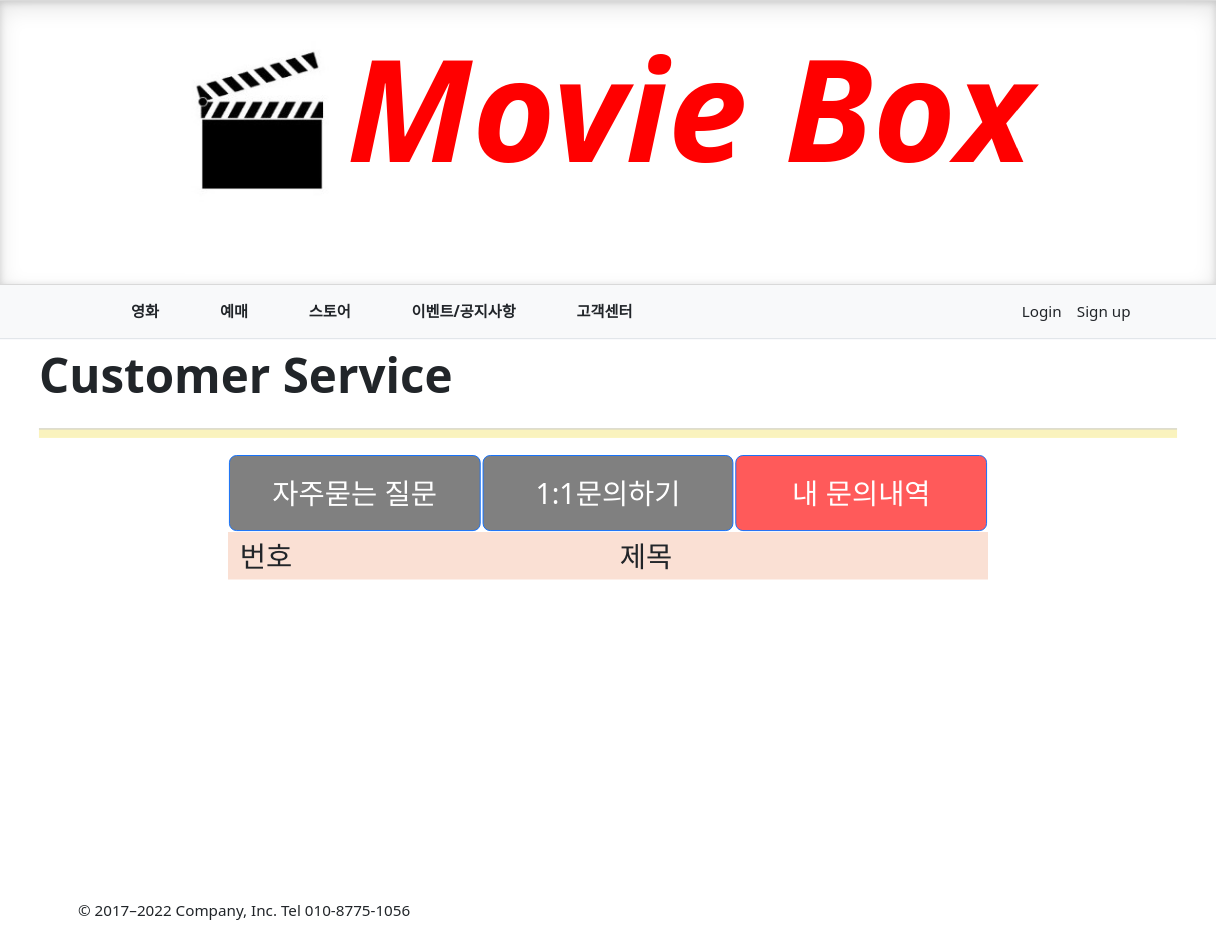
Repository: SpearManCN/MovieBox-2nd-Project-
Page: http://localhost/prj_01/WEB-INF/views/serviceQnAList.jsp
An editor plug-in stored every save of this project. The page is shown before and after the next save, followed by the edit.
The browser window is 1280 px wide. The pictures show the whole page, at 95% of full size.
The page is served by Tomcat 9. Nobody is signed in. Other server files are loaded and not shown. The template is opened directly, without the code that normally fills it, so the values that code supplies are empty.

Above is the page before, as saved 2022-12-23 12:29:22.

### Second project/prj_01/src/main/webapp/WEB-INF/views/serviceQnAList.jsp
<%@ page language="java" contentType="text/html; charset=UTF-8"
    pageEncoding="UTF-8"%>
        <%@taglib prefix="c" uri="http://java.sun.com/jsp/jstl/core" %>
<!DOCTYPE html>
<html>
<head>
<meta name="viewport" content="width=device-width, initial-scale=1">
<meta charset="UTF-8">
<link href="https://cdn.jsdelivr.net/npm/bootstrap@5.2.3/dist/css/bootstrap.min.css" rel="stylesheet" integrity="sha384-rbsA2VBKQhggwzxH7pPCaAqO46MgnOM80zW1RWuH61DGLwZJEdK2Kadq2F9CUG65" crossorigin="anonymous">
<script>
	function goServiceForm(){document.goForm.action="/serviceForm.do"; document.goForm.submit();}
	function goQnA(){document.goForm.action="/serviceQnA.do"; document.goForm.submit();}
	function goQnAList(){document.goForm.action="/serviceQnAList.do"; document.goForm.submit();}

</script>



</head>
<body>
<%@include file="/WEB-INF/views/commonHeader.jsp" %>
<form name="goForm" method="post"></form>



<center>
<table width="1200px">
	<tr>
	<td align="left"><span style="font-size:50px; font-weight:bold;">Customer Service</span>
	<tr>
	<td><hr style="height:10px; background-color:#EDD200;">
	<tr>
</table>
</center>

<table align="center" width="800px">
	<tr>
	<td width="220px"><button onclick="goServiceForm();" type="button" class="btn btn-primary btn-lg" style="width:100%; height:80px; background-color:gray;">
	<span style="font-size:30px; ">자주묻는 질문</span></button></td>

	<td width="220px"><button onclick="goQnA();" type="button" class="btn btn-primary btn-lg" style="width:100%; height:80px; background-color:gray;">
	<span style="font-size:30px; font-weight:;">1:1문의하기</span></button></td>

	<td width="220px"><button onclick="goQnAList();" type="button" class="btn btn-primary btn-lg" style="width:100%; height:80px; background-color:#FF5A5A;">
	<span style="font-size:30px; font-weight:;">내 문의내역</span></button></td>

	</tr>
	<tr>
	</tr>

</table>







<table align="center" width="800px" style="background-color:">
<tr align="center" style="background-color:#FAE0D4;">
<td width="10%" height="50px" style="font-size:30px;">번호</td>
<td width="90%" style="font-size:30px;">제목</td>
<tr align="center" style="background-color:#FFF2E6;">

<c:forEach  var="list" items="${requestScope.info}" varStatus="loopTagStatus">
<tr style="background-color:#FFFFF6; cursor:pointer" onclick="goDetail('${list.NO}')" >
<td width="" align="center" style="font-size:30px;">${list.RN}</td>
<td width="" align="center" style="font-size:30px;">${list.TITLE }</td>


</c:forEach>



</table>










<%@include file="/WEB-INF/views/commonFooter.jsp" %>
</body>
</html>

### Second project/prj_01/src/main/webapp/WEB-INF/views/commonHeader.jsp
<%@ page language="java" contentType="text/html; charset=UTF-8"
    pageEncoding="UTF-8"%>



<script src="/js/jquery-1.11.0.min.js"></script>
<script>
function goLogin(){document.commonForm.action="/loginForm.do";document.commonForm.submit(); }
function goLoginJoin(){document.commonForm.action="/loginJoinForm.do";document.commonForm.submit();}
function goMyPage(){document.commonForm.action="/myPageHome.do";document.commonForm.submit(); }
function goMainForm(){document.commonForm.action="/mainForm.do";document.commonForm.submit(); }
function goLogout(){
	if(confirm("로그아웃 하시겠습니까?")){
		document.commonForm.action="/logout.do";document.commonForm.submit();
	}

	 }

</script>

<form name="commonForm" method="post"></form>
<div style="height:300px; background-color: white; border-width: 1px 0;
        box-shadow: inset 0 .5em 1.5em rgba(0, 0, 0, .1), inset 0 .125em .5em rgba(0, 0, 0, .15);         border: solid rgba(0, 0, 0, .15);
        border-width: 1px 0;" class="b-example-divider" align="center" >

 <span style="cursor:pointer" onclick="goMainForm();"><img src="resources/img/movieBox2.jpg" >
 <Span  style="font-size: 150px; color:red; font-weight: bold ; font-style: italic;" >Movie Box</Span>

 </span></div>

  <nav class="py-2 bg-light border-bottom">
    <div class="container d-flex flex-wrap">
      <ul class="nav me-auto">
      <li class="nav-item">&emsp;&emsp;&emsp;</li>
        <li class="nav-item"><a href="movieHome.do" class="nav-link link-dark px-2 active" aria-current="page" style="font-weight: bold ;" >영화</a></li>
         <li class="nav-item">&emsp;&emsp;&emsp;</li>
        <li class="nav-item"><a href="reserveForm.do" class="nav-link link-dark px-2" style="font-weight: bold ;">예매</a></li>
         <li class="nav-item">&emsp;&emsp;&emsp;</li>
        <li class="nav-item"><a href="/storeForm.do" class="nav-link link-dark px-2" style="font-weight: bold ;">스토어</a></li>
         <li class="nav-item">&emsp;&emsp;&emsp;</li>
        <li class="nav-item"><a href="/eventForm.do" class="nav-link link-dark px-2" style="font-weight: bold ;">이벤트/공지사항</a></li>
          <li class="nav-item">&emsp;&emsp;&emsp;</li>
        <li class="nav-item"><a href="/serviceForm.do" class="nav-link link-dark px-2" style="font-weight: bold ;">고객센터</a></li>

       </ul>
      <ul class="nav">

      		<%
      		if(session.getAttribute("memNo")==null){session.setAttribute("memNo",0);}
			int memNo = (int)session.getAttribute("memNo");
			if(memNo==0){	%>
        <li class="nav-item"><span class="nav-link link-dark px-2" style="cursor:pointer" onclick="goLogin();">Login</span></li>
			        <li class="nav-item"><span class="nav-link link-dark px-2" style="cursor:pointer" onclick="goLoginJoin();">Sign up</span></li>

			<%}else if(memNo==1){%>
			        <li class="nav-item"><span class="nav-link link-dark px-2" style="cursor:pointer" onclick="goAdmin();">AdminPage</span></li>

    				   <li class="nav-item"><span class="nav-link link-dark px-2" style="cursor:pointer" onclick="goLogout();">Logout</span></li>

			<%}else {%>
			      <li class="nav-item"><span class="nav-link link-dark px-2" style="cursor:pointer" onclick="goMyPage();">My Page</span></li>
    				   <li class="nav-item"><span class="nav-link link-dark px-2" style="cursor:pointer" onclick="goLogout();">Logout</span></li>
 				<%}
		%>






      </ul>
    </div>
  </nav>

### Second project/prj_01/src/main/webapp/WEB-INF/views/commonFooter.jsp
<%@ page language="java" contentType="text/html; charset=UTF-8"
    pageEncoding="UTF-8"%>
<!--====================================================================-->


<br>
<br><br><br><br><br><br><br><br><br><br><br>
<br><br>

  <footer class="container">
    <p class="float-end"></p>
    <p>&copy; 2017–2022 Company, Inc. Tel 010-8775-1056 </p>
  </footer>

<script src="https://cdn.jsdelivr.net/npm/bootstrap@5.2.3/dist/js/bootstrap.bundle.min.js" integrity="sha384-kenU1KFdBIe4zVF0s0G1M5b4hcpxyD9F7jL+jjXkk+Q2h455rYXK/7HAuoJl+0I4" crossorigin="anonymous"></script>

Loaded but not shown: Second project/prj_01/src/main/resources/static/js/jquery-1.11.0.min.js (library)

After the next save:
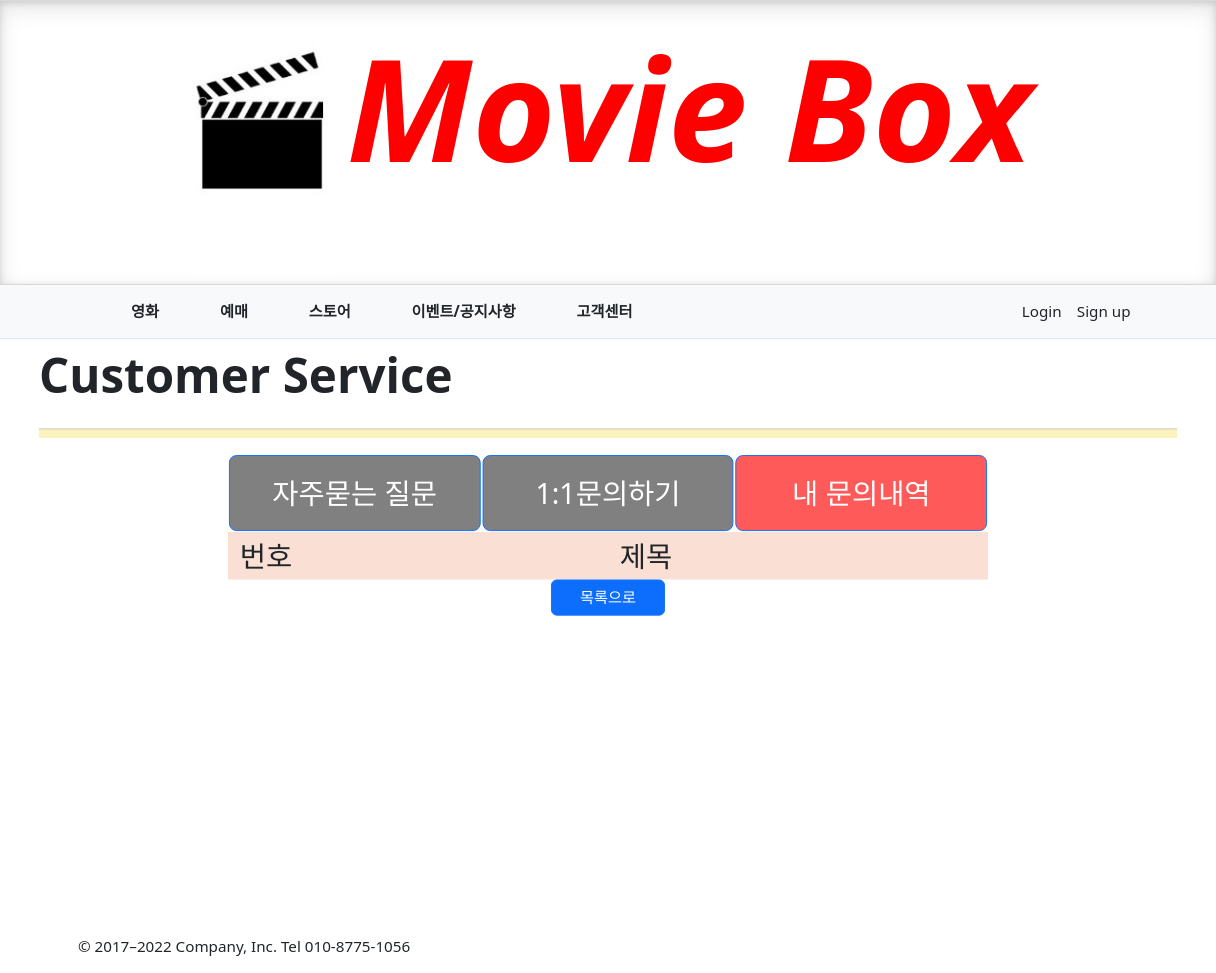
Saved 5 min 34 s later.
--- a/Second project/prj_01/src/main/webapp/WEB-INF/views/serviceQnAList.jsp
+++ b/Second project/prj_01/src/main/webapp/WEB-INF/views/serviceQnAList.jsp
@@ -73,7 +73,8 @@
 
 
 </table>
-
+<div align="center"><input tpye="button" onclick="goMain();" class="btn btn-primary" style="width:120px" value="목록으로">
+</div>
 
 
 

After the save that followed:
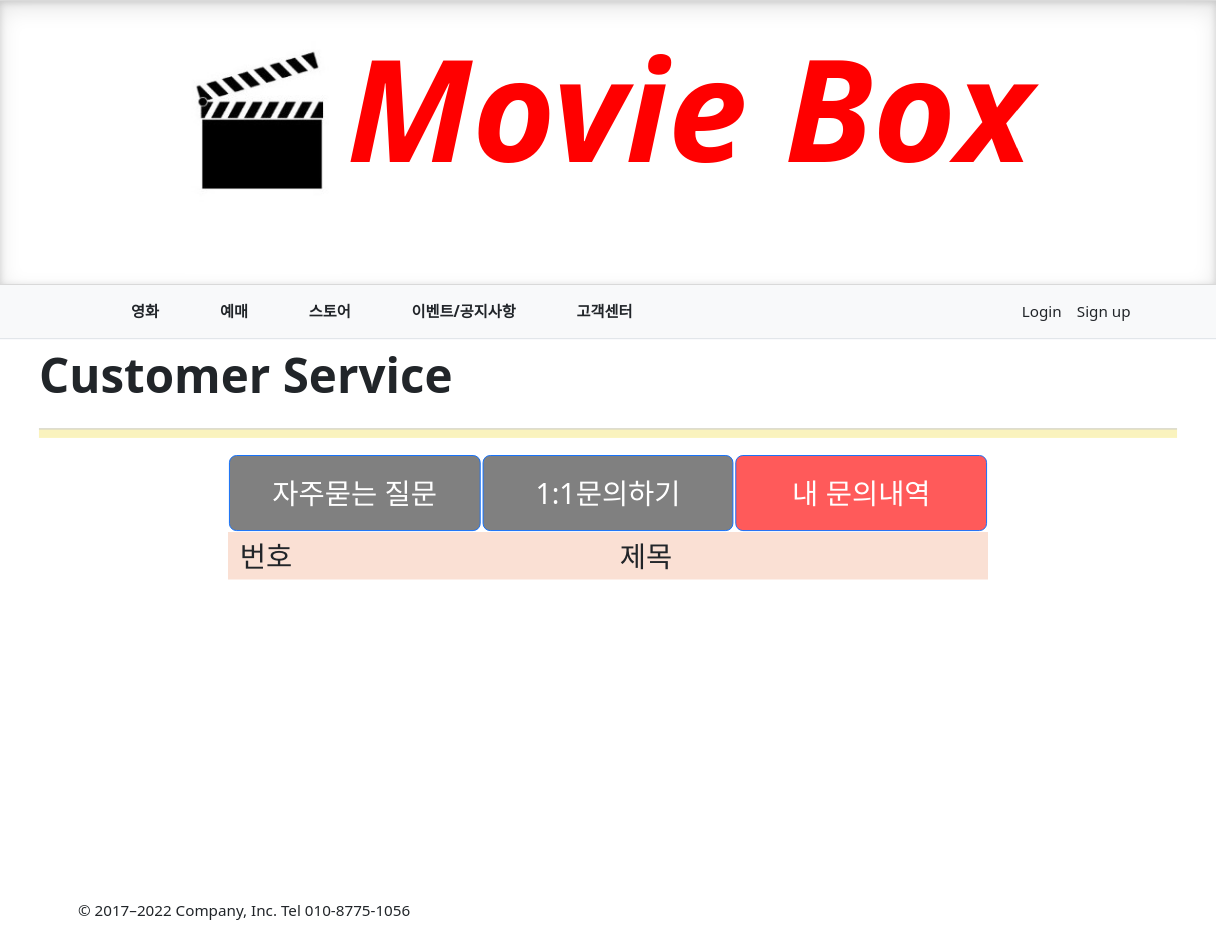
Saved 66 s later.
--- a/Second project/prj_01/src/main/webapp/WEB-INF/views/serviceQnAList.jsp
+++ b/Second project/prj_01/src/main/webapp/WEB-INF/views/serviceQnAList.jsp
@@ -73,8 +73,6 @@
 
 
 </table>
-<div align="center"><input tpye="button" onclick="goMain();" class="btn btn-primary" style="width:120px" value="목록으로">
-</div>
 
 
 
